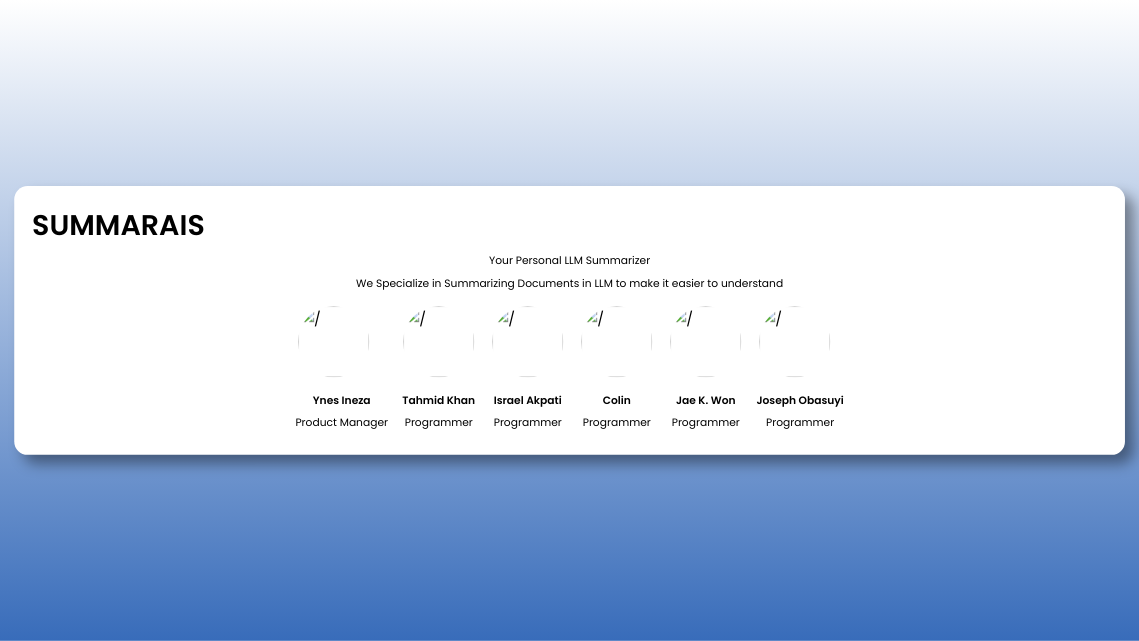
Repository: Colin-Thomas-115/Summarizer-LLM
Page: team-webpage/index.html
These files come from the project's save history. The page is drawn as it stood at one moment and after the next save; the edit follows.
The browser window is 1280 px wide. The pictures show the whole page, at 89% of full size.

Above is the page before, as saved 2024-01-25 23:51:03.

After the next save:
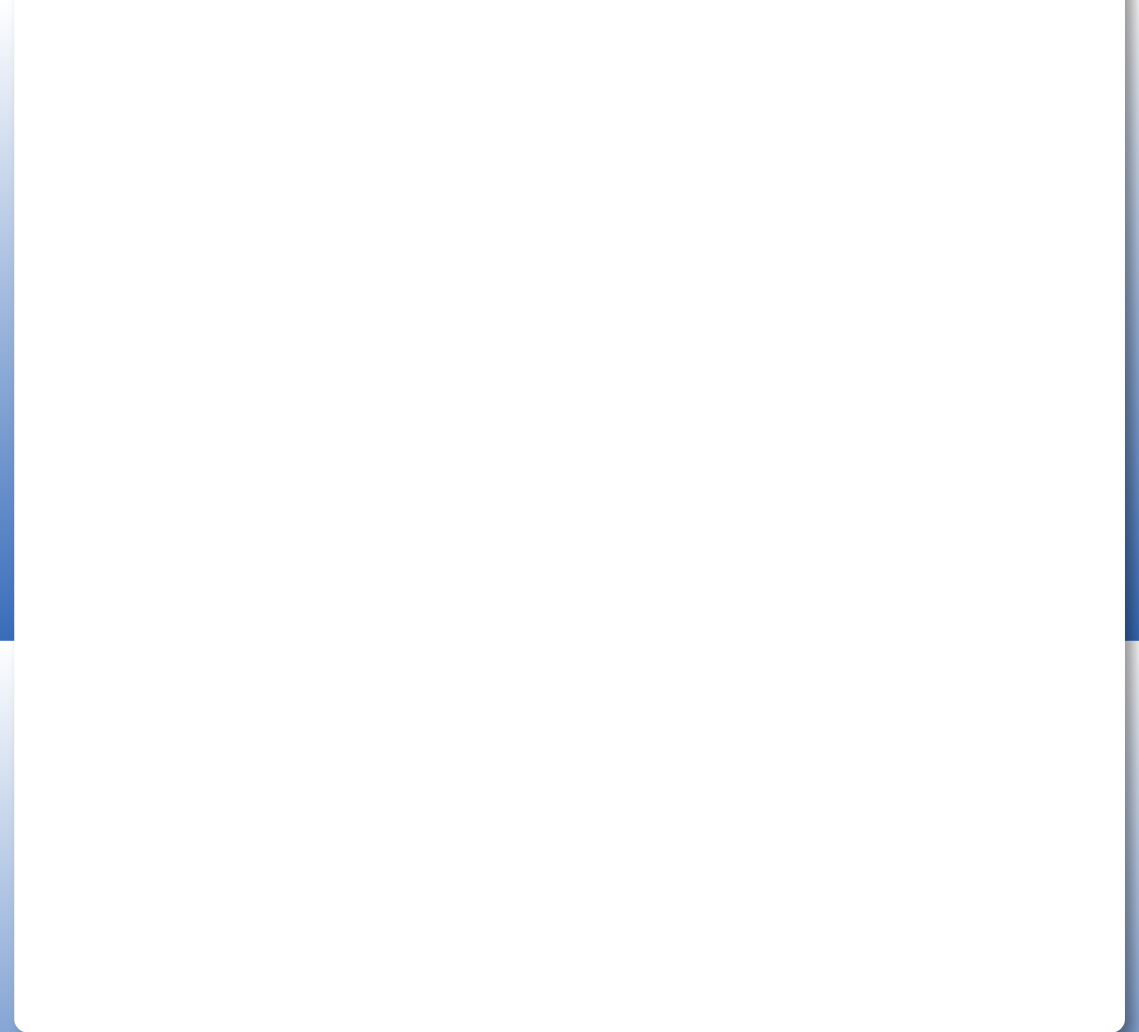
Saved 24 s later.
--- a/team-webpage/styles.css
+++ b/team-webpage/styles.css
@@ -21,6 +21,7 @@
     background: #fff;
     border-radius: 15px;
     width: 100rem;
+    height: 100rem;
     margin: 1rem;
     padding: 20px;
     box-shadow: 10px 10px 15px rgba(0, 0, 0, 0.4);
